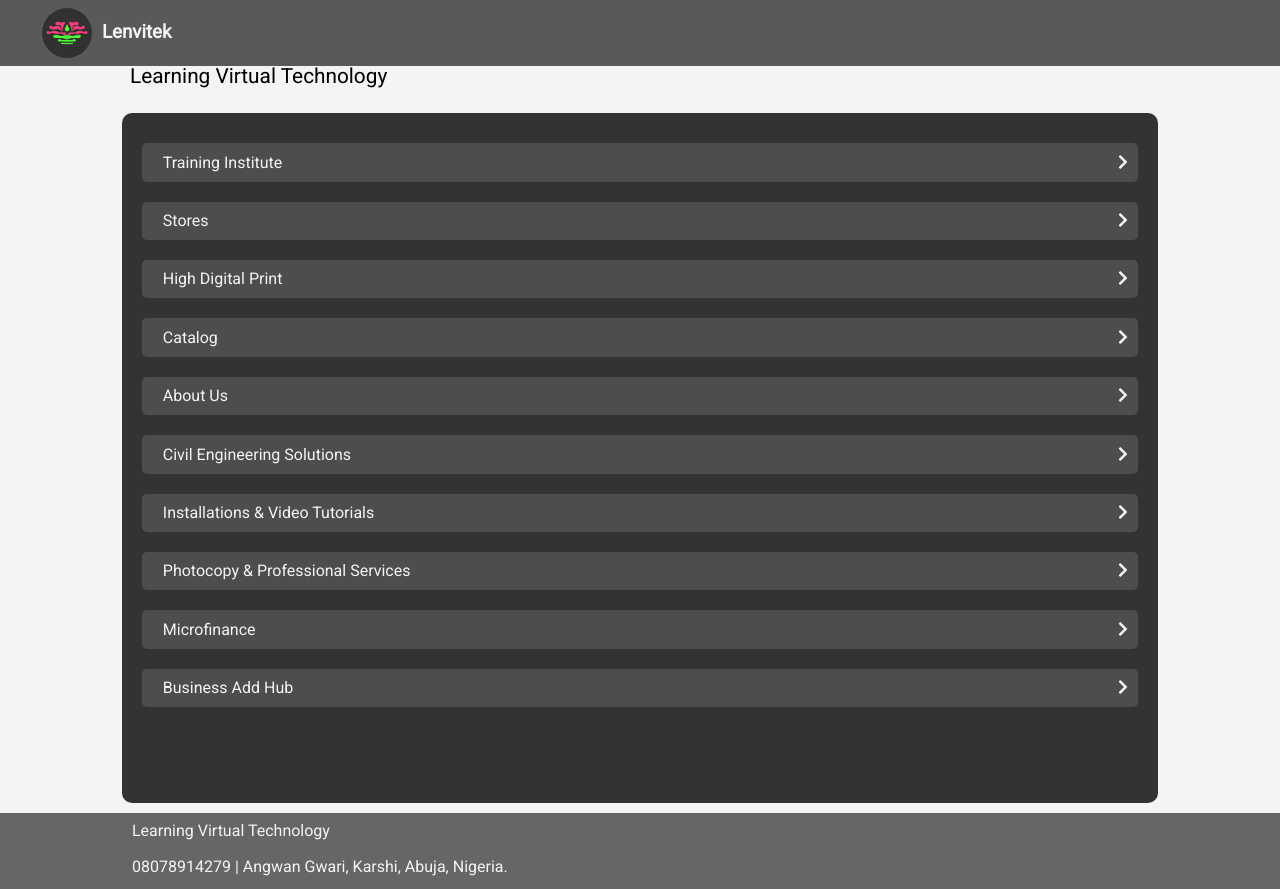
Repository: mxhdiqaim/lenviteck
Page: dist/index.html
These files come from the project's save history. The page is drawn as it stood at one moment and after the next save; the edit follows.
The browser window is 1280 px wide. The pictures show the whole page.
Some web libraries are served in a nearby version. The style sheet was rebuilt from its Sass, Less or Tailwind sources for each picture, by a compiler version that may differ from the author's.

Above is the page before, as saved 2021-05-07 15:52:08.

### dist/index.html
<!DOCTYPE html>
<html lang="en">
<head>
    <meta charset="UTF-8">
    <meta http-equiv="X-UA-Compatible" content="IE=edge">
    <meta name="viewport" content="width=device-width, initial-scale=1.0">
    <link rel="icon" href="../img/favicon.ico" type="image/x-icon" />
    <link rel="stylesheet" href="./styles/main.css">
    <link rel="stylesheet" href="https://pro.fontawesome.com/releases/v5.10.0/css/all.css"
    integrity="sha384-AYmEC3Yw5cVb3ZcuHtOA93w35dYTsvhLPVnYs9eStHfGJvOvKxVfELGroGkvsg+p" crossorigin="anonymous" />
    <title>Lenviteck, Inc.</title>
</head>
<body>

  <section class="content">
    <nav class="navbar bg-dark">
        <div class="logo-div">
            <img src="../img/LOGO.jpeg" class="logo" alt="">
            <h1>Lenvitek</h1>
        </div>
    </nav>



    <div class="business-add-hub">
        <h1 class="mr-1">Learning Virtual Technology</h1>
    </div>
    <section class="container">
        <div class="section-1">

            <div class="works-list">
                <a href="./trainingInstitute.html" class="btn btn-block" >Training Institute<span><i class="fas fa-chevron-right"></i></span> </a>
                <ul>
                    <!-- <li class="card"><a href="#">Home</a></li>
                    <li class="card"><a href="#">Home</a></li>
                    <li class="card"><a href="#">Home</a></li>
                    <li class="card"><a href="#">Home</a></li> -->
                </ul>
            </div>
           <div class="works-list">
                <a href="#" class="btn btn-block" >Stores<span><i class="fas fa-chevron-right"></i></span> </a>
                <ul>
                    <!-- <li class="card"><a href="#">Home</a></li>
                    <li class="card"><a href="#">Home</a></li>
                    <li class="card"><a href="#">Home</a></li>
                    <li class="card"><a href="#">Home</a></li> -->
                </ul>
            </div>
            <div class="works-list">
                <a href="#" class="btn btn-block" >High Digital Print<span><i class="fas fa-chevron-right"></i></span> </a>
                <ul>
                    <!-- <li class="card"><a href="#">Home</a></li>
                    <li class="card"><a href="#">Home</a></li>
                    <li class="card"><a href="#">Home</a></li>
                    <li class="card"><a href="#">Home</a></li> -->
                </ul>
            </div>

            <div class="works-list">
                <a href="https://www.whatsapp.com/catalog/2349015135120/" target="_blank" class="btn btn-block" >Catalog<span><i class="fas fa-chevron-right"></i></span> </a>
                <ul>
                    <!-- <li class="card"><a href="#">Home</a></li>
                    <li class="card"><a href="#">Home</a></li>
                    <li class="card"><a href="#">Home</a></li>
                    <li class="card"><a href="#">Home</a></li> -->
                </ul>
            </div>
            <div class="works-list">
                <a href="https://mahdiabubakar.github.io/me/#/" class="btn btn-block" >About Us<span><i class="fas fa-chevron-right"></i></span> </a>
                <ul>
                    <!-- <li class="card"><a href="#">Home</a></li>
                    <li class="card"><a href="#">Home</a></li>
                    <li class="card"><a href="#">Home</a></li>
                    <li class="card"><a href="#">Home</a></li> -->
                </ul>
            </div>
            <div class="works-list">
                <a href="#" class="btn btn-block" >Civil Engineering Solutions<span><i class="fas fa-chevron-right"></i></span> </a>
                <ul>
                    <!-- <li class="card"><a href="#">Home</a></li>
                    <li class="card"><a href="#">Home</a></li>
                    <li class="card"><a href="#">Home</a></li>
                    <li class="card"><a href="#">Home</a></li> -->
                </ul>
            </div>
            <div class="works-list">
                <a href="#" class="btn btn-block" >Installations & Video Tutorials<span><i class="fas fa-chevron-right"></i></span> </a>
                <ul>
                    <!-- <li class="card"><a href="#">Home</a></li>
                    <li class="card"><a href="#">Home</a></li>
                    <li class="card"><a href="#">Home</a></li>
                    <li class="card"><a href="#">Home</a></li> -->
                </ul>
            </div>
            <div class="works-list">
                <a href="#" class="btn btn-block" >Photocopy & Professional Services<span><i class="fas fa-chevron-right"></i></span> </a>
                <ul>
                    <!-- <li class="card"><a href="#">Home</a></li>
                    <li class="card"><a href="#">Home</a></li>
                    <li class="card"><a href="#">Home</a></li>
                    <li class="card"><a href="#">Home</a></li> -->
                </ul>
            </div>
            <div class="works-list">
                <a href="#" class="btn btn-block" >Microfinance<span><i class="fas fa-chevron-right"></i></span> </a>
                <ul>
                    <!-- <li class="card"><a href="#">Home</a></li>
                    <li class="card"><a href="#">Home</a></li>
                    <li class="card"><a href="#">Home</a></li>
                    <li class="card"><a href="#">Home</a></li> -->
                </ul>
            </div>
            <div class="works-list">
                <a href="./businessAddHub.html" class="btn btn-block" >Business Add Hub<span><i class="fas fa-chevron-right"></i></span> </a>
                <ul>
                    <!-- <li class="card"><a href="#">Home</a></li>
                    <li class="card"><a href="#">Home</a></li>
                    <li class="card"><a href="#">Home</a></li>
                    <li class="card"><a href="#">Home</a></li> -->
                </ul>
            </div>
        </div>
    </section>
</section>
    <footer>
       <div class="container-1">
           <div id="copy"></div>
       </div>
    </footer>

    <script>

        const date = new Date().getFullYear();

        document.getElementById("copy").innerHTML = ` <p>Learning Virtual Technology </p> <p>08078914279 | Angwan Gwari, Karshi, <span>Abuja, Nigeria</span>. </p>`;
    </script>
</body>
</html>

### dist/styles/main.scss
// Import
@import url('https://fonts.googleapis.com/css?family=Roboto');

// Global variables
$primary-color: #dc3545;
$dark-color: #333333;
$light-color: #f4f4f4;
$danger-color: #dc3545;
$success-color: #28a745;

// Functions
@function set-text-color($color) {
  @if (lightness($color) > 40) {
    @return #000;
  } @else {
    @return #fff;
  }
}

* {
  padding: 0;
  margin: 0;
  box-sizing: border-box;
}

body {
  font-family: 'Roboto', sans-serif;
  font-size: 1rem;
  line-height: 1.6;
  color: set-text-color($light-color);
  background: $light-color;
}


a {
  color: set-text-color($light-color);
  text-decoration: none;
}

ul {
  list-style: none;
}

img {
  width: 100%;
}

.logo-div {
  display: flex;
  justify-content: flex-start;
  align-items: center;

  .logo {
    width: 50px;
    margin: 0 10px;
    border-radius: 50%;
  }
}

.container {
  max-width: 1100px;
  margin: auto;
  overflow: hidden;
  padding: 0 2rem;
}

.container-1 {
  max-width: 1100px;
  margin-left: 100px;
  overflow: hidden;
  padding: 0 2rem;
}

.content {
  width: 100%;
  margin: auto;
}

.section-1 {
  padding: 20px 10px;
  background: $dark-color;
  color: $light-color;
  margin: 10px auto;
  border-radius: 10px;
  height: calc(100vh - 30px);
  margin-top: 80px;

  .works-list {
    padding: 10px;
    width: 100%;
    transition: all .3s ease;

    ul li a {
      color: $light-color;
      transition: color .3s ease;

      &:hover {
        color: darken($light-color, 10);
      }
    }
  }
}

// cards
.card {
  padding: .5rem;
  border: #444 1px solid;
  border-radius: 5px;
  margin: 0.5rem 0;
}

.btn {
  display: inline-block;
  background: light-color;
  border-radius: 5px;
  padding: 0.4rem 1.3rem;
  font-size: 1rem;
  border: none;
  cursor: pointer;
  margin-right: 0.5rem;
  transition: opacity 0.2s ease-in;
  outline: none;
  background-color: lighten($dark-color, 10);
  color: $light-color;
  display: block;
  width: 100%;
  position: relative;

  span {
    position: absolute;
    right: 10px;
  }
}

.btn:hover {
  background-color: lighten($dark-color, 15);
}

input {
  margin: 1.2rem 0;
}

.btn-primary,
.bg-primary,
.badge-primary,
.alert-primary {
  background: $primary-color;
  color: #fff;
}

.btn-light,
.bg-light,
.badge-light,
.alert-light {
  background: $light-color;
  color: #333;
}

.btn-dark,
.bg-dark,
.badge-dark,
.alert-dark {
  background: $dark-color;
  color: #fff;
}

.btn-danger,
.bg-danger,
.badge-danger,
.alert-danger {
  background: $danger-color;
  color: #fff;
}

.btn-success,
.bg-success,
.badge-success,
.alert-success {
  background: $success-color;
  color: #fff;
}

.btn-white,
.bg-white,
.badge-white,
.alert-white {
  background: #fff;
  color: #333;
  border: #ccc solid 1px;
}



.bg-light,
.badge-light {
  border: #ccc solid 1px;
}

.navbar {
  display: flex;
  justify-content: space-between;
  align-items: center;
  padding: 0.5rem 2rem;
  z-index: 1;
  width: 100%;
  background: $dark-color;
  opacity: 0.8;
  color: $light-color;
  margin-bottom: 0.6rem;
  position: fixed;
  top: 0;
  // margin: 5px ;
}

.navbar ul {
  display: flex;
}

.navbar a {
  color: #fff;
  padding: 0.45rem;
  margin: 0 0.25rem;
}

.navbar a:hover {
  color: $light-color;
}


// Drop Down Menu


// Footer
footer {
  background: lighten($dark-color, 20);
  display: flex;
  flex-direction: column;
  justify-content: flex-start;
  align-items: flex-start;
  color: $light-color;
  padding-top: 5px;
  padding-bottom: -2px;
  // margin-bottom: -200px !important;

  ul {
    display: flex;

    li {
      margin: 10px;

      a {
        transition: all .3s ease;
        color: $light-color;

        &:hover {
          color: darken($light-color, 10);
        }
      }

    }
  }

  p {
    margin-bottom: 10px;
  }
}

// Media Query
@media (max-width: 700px) {
  .hide-sm {
    display: none;
  }

  /* Navbar */
  .navbar {
    display: block;
  }

  .navbar ul {
    text-align: center;
    justify-content: center;
  }

  // Footer
  .container-1 {
    max-width: 1100px;
    // margin-left: 100px;
    margin: auto;
    text-align: left;
    overflow: hidden;
    padding: 0 2rem;
  }

  /*
  * Business Add Hub
  */

  .company {
    flex-direction: column;
    text-align: center;

    img {
      width: 90% !important;
      margin: auto;
    }
  }

  .business-add-hub {
    position: relative;
    top: 60px;
    left: 60px !important;
  }

  .mr-1 {
    // margin-left: -40px !important;
    // margin-top: 2rem !important;
  }
}

/*
 * Business Add Hub
*/


.business-add-hub {
  color: #000;
  position: relative;
  max-width: 1100px;
  margin: auto;
  top: 60px;
  left: 10px;

  .mr-1 {
    margin-left: 30px;
    font-weight: 500;
    font-size: 1.3rem;
  }
}

.company {
  display: flex;
  padding: 10px;
  background: $dark-color;
  margin: 20px;
  border-radius: 10px;
  padding: 20px;

  div {
    padding: 10px;
    line-height: 1.8;

  }
  img {
    width: 200px;

  }

}


.section-2 {
  padding: 20px 10px;
  color: $light-color;
  // margin: 10px auto;
  border-radius: 10px;
  margin-top: 40px;

}

After the next save:
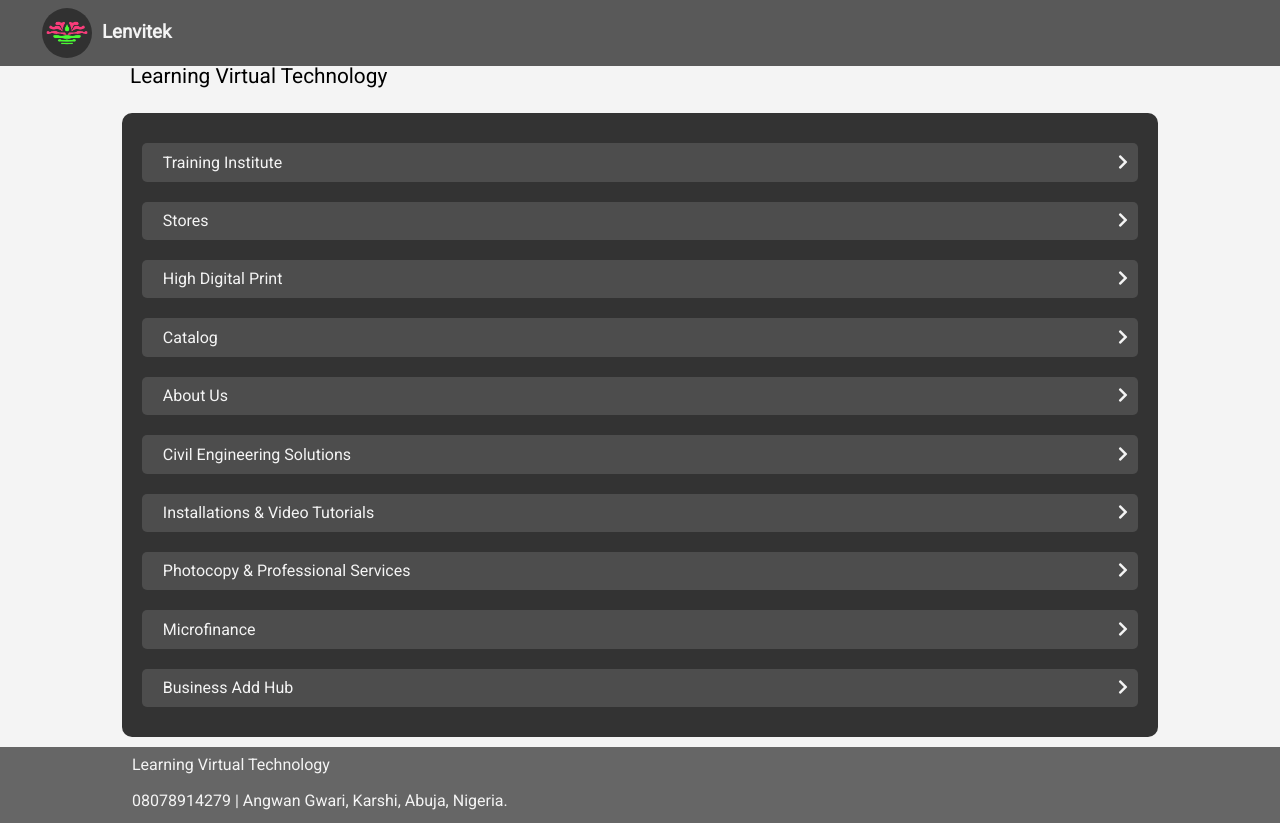
Saved 25 s later.
--- a/dist/styles/main.scss
+++ b/dist/styles/main.scss
@@ -82,7 +82,7 @@
   color: $light-color;
   margin: 10px auto;
   border-radius: 10px;
-  height: calc(100vh - 30px);
+  // height: calc(100vh - 30px);
   margin-top: 80px;
 
   .works-list {
